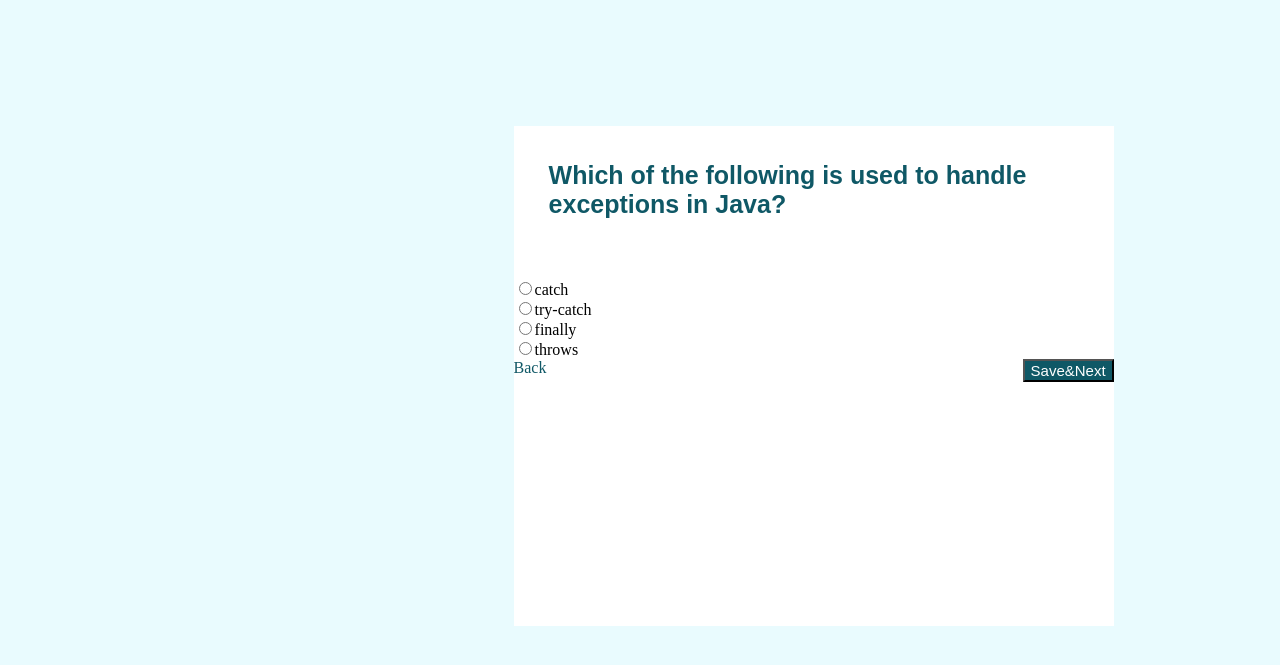
Repository: Rupali-8062Chourasiya5279/Internship_Task_Rupali
Page: Programming Language/quiz/QuizApp/src/main/webapp/First.html
The author's editor kept a copy of each file at every save. The page is drawn from the files as they stood at one save, then again after the next save.
The browser window is 1280 px wide. The pictures show the whole page.

Above is the page before, as saved 2025-01-24 13:39:41.

After the next save:
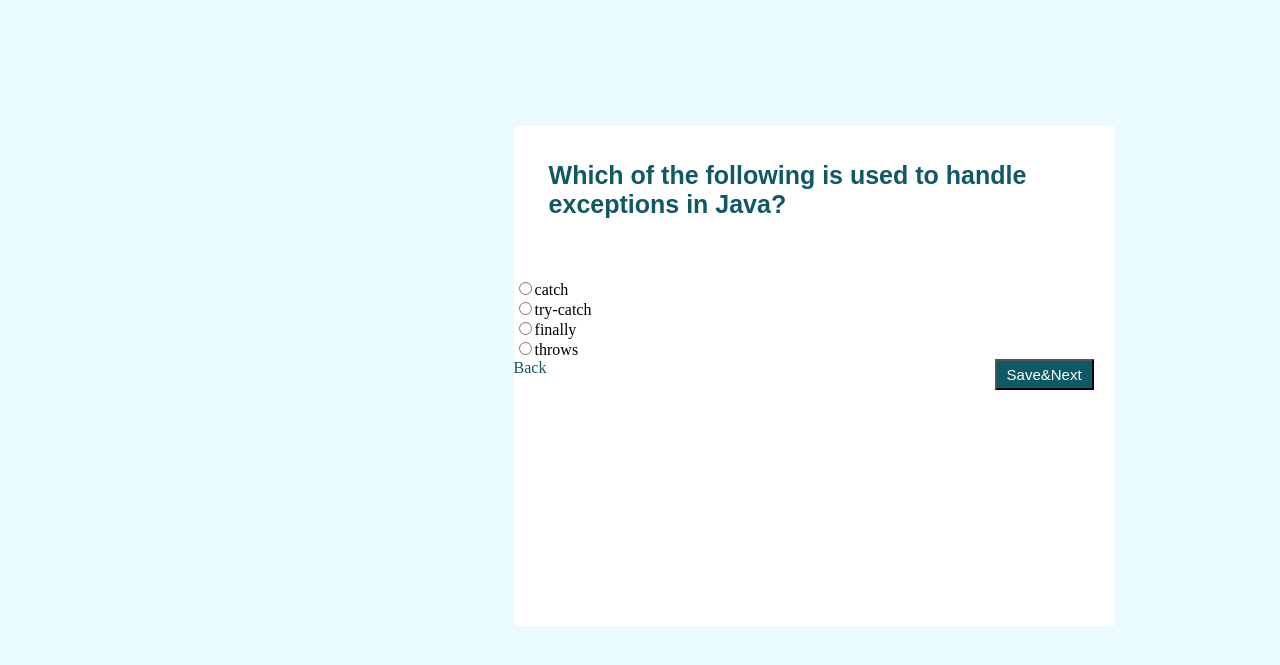
Saved 41 s later.
--- a/Programming Language/quiz/QuizApp/src/main/webapp/First.html
+++ b/Programming Language/quiz/QuizApp/src/main/webapp/First.html
@@ -35,6 +35,8 @@ margin-top: 10%;
  background-color:#0f5866;
  font-family: sans-serif;
  float:right;
+ padding:5px 10px 5px 10px;
+ margin-right:20px;
  font-size: 15px;
  }
  body
